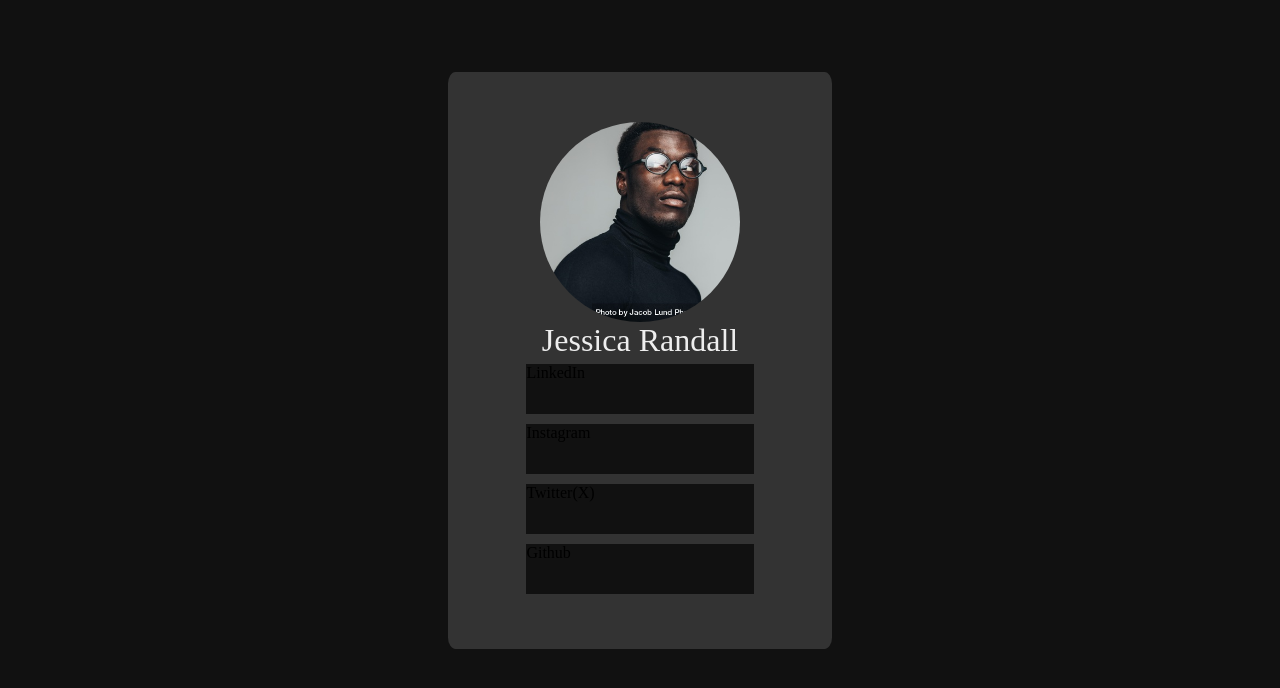
Repository: russel-success/Xcode-TASK-1
Page: index.html
The author's editor kept a copy of each file at every save. The page is drawn from the files as they stood at one save, then again after a run of saves.
The browser window is 1280 px wide. The pictures show the whole page.

Above is the page before, as saved 2024-04-29 01:12:45.

After the next 2 saves:
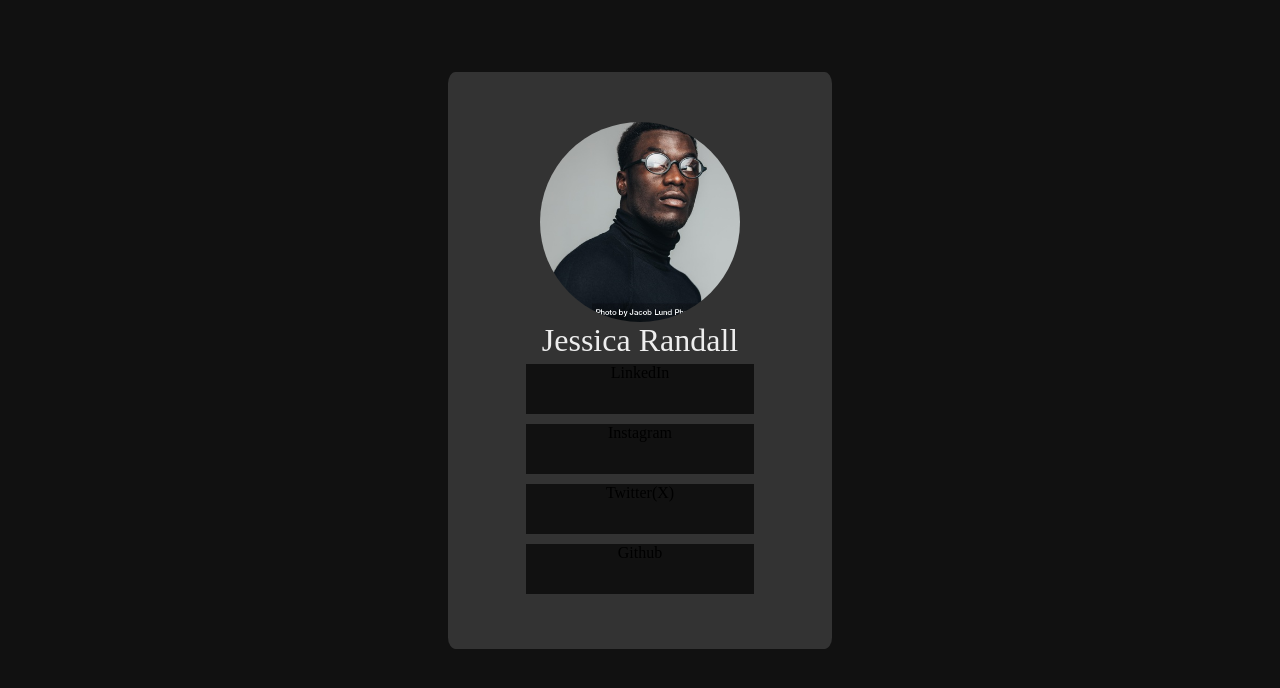
The 2 saves are shown as one change because they came seconds apart.
The last was saved 16 s later.
--- a/styles/styles.css
+++ b/styles/styles.css
@@ -38,7 +38,6 @@
     height:50px;
     background:#111;
     margin:5px 0;
-    display
-    align-items:center;
-    justify-content: center;
+    text-align:center;
+
 }
